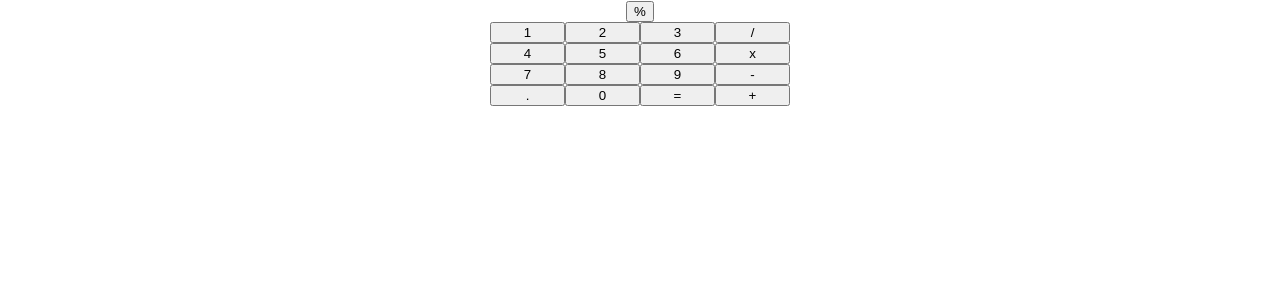
Repository: hoangphuong965/calculator_react
Page: /
An editor plug-in stored every save of this project. The page is shown before and after the next save, followed by the edit.
The browser window is 1280 px wide. The pictures show the whole page.
The project was rebuilt for these pictures with package versions that can differ from the ones it lists, and the page was loaded fresh each time.

Above is the page before, as saved 2020-08-04 08:09:29.

### src/App.js
import React from "react";
import "./App.css";
import Key from "./component/Key";

function App() {
  return <div className="App">
    <Key />
  </div>;
}

export default App;

### src/App.css
.App {
  text-align: center;
  width: 300px;
  margin: auto;
}

.App-logo {
  height: 40vmin;
  pointer-events: none;
}

@media (prefers-reduced-motion: no-preference) {
  .App-logo {
    animation: App-logo-spin infinite 20s linear;
  }
}

.App-header {
  background-color: #282c34;
  min-height: 100vh;
  display: flex;
  flex-direction: column;
  align-items: center;
  justify-content: center;
  font-size: calc(10px + 2vmin);
  color: white;
}

.App-link {
  color: #61dafb;
}

@keyframes App-logo-spin {
  from {
    transform: rotate(0deg);
  }
  to {
    transform: rotate(360deg);
  }
}



.key-number{
  display: grid;
  grid-template-columns: 1fr 1fr 1fr 1fr;
}

### src/component/Key.js
import React from "react";

function Key() {
  return (
    <div className="key">
      <div className="key-controls">
        <button className="data-ctr">%</button>
      </div>
      <div className="key-number">
        <button className="data-key">1</button>
        <button className="data-key">2</button>
        <button className="data-key">3</button>
        <button className="data-key">/</button>
        <button className="data-key">4</button>
        <button className="data-key">5</button>
        <button className="data-key">6</button>
        <button className="data-key">x</button>
        <button className="data-key">7</button>
        <button className="data-key">8</button>
        <button className="data-key">9</button>
        <button className="data-key">-</button>
        <button className="data-key">.</button>
        <button className="data-key">0</button>
        <button className="data-key">=</button>
        <button className="data-key">+</button>
      </div>
    </div>
  );
}

export default Key;

Loaded but not shown: public/index.html (common file); src/index.js (common file); src/index.css (common file); src/serviceWorker.js (common file)

After the next save:
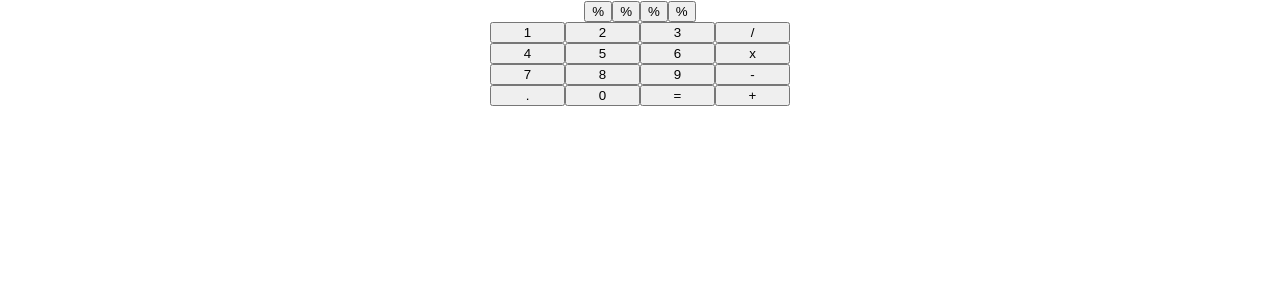
Saved 4 s later.
--- a/src/component/Key.js
+++ b/src/component/Key.js
@@ -4,6 +4,9 @@ function Key() {
   return (
     <div className="key">
       <div className="key-controls">
+        <button className="data-ctr">%</button>
+        <button className="data-ctr">%</button>
+        <button className="data-ctr">%</button>
         <button className="data-ctr">%</button>
       </div>
       <div className="key-number">
